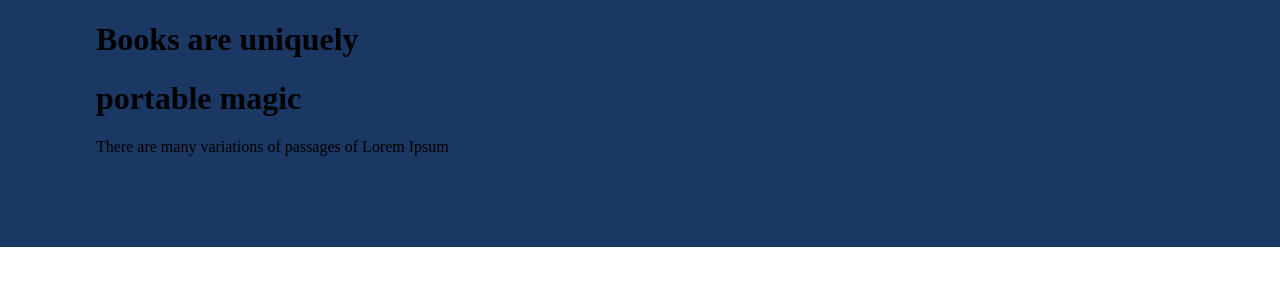
Repository: Godnorg/Class2
Page: index.html
These files come from the project's save history. The page is drawn as it stood at one moment and after the next save; the edit follows.
The browser window is 1280 px wide. The pictures show the whole page.

Above is the page before, as saved 2023-02-13 21:26:51.

### index.html
<!DOCTYPE html>
<html lang="en">
<head>
    <meta charset="UTF-8">
    <meta http-equiv="X-UA-Compatible" content="IE=edge">
    <meta name="viewport" content="width=device-width, initial-scale=1.0">
    <title>Class 2</title>
    <link rel="stylesheet" href="index.css">
</head>
<body>
<div class="page1">
    <div class="allpages">
        <div class="navigation bar">

        </div>
        <div class="middle">
            <div>
                <h1>Books are uniquely</h1>
                <h1>portable magic</h1>
                <p>There are many variations of passages of Lorem Ipsum</p>
            </div>
            <div>

            </div>
        </div>
    </div>
</div>


</body>
</html>

### index.css
body {
    margin: 0;
    padding: 0;
}

.page1 {
    background: #1B3764;
    padding-bottom: 75px;

}

.allpages {
    width: 85%;
    margin: auto;
}

.middle {
    display: grid;
    grid-template-columns: 1fr 1fr;
    column-gap: 35px;
}

After the next save:
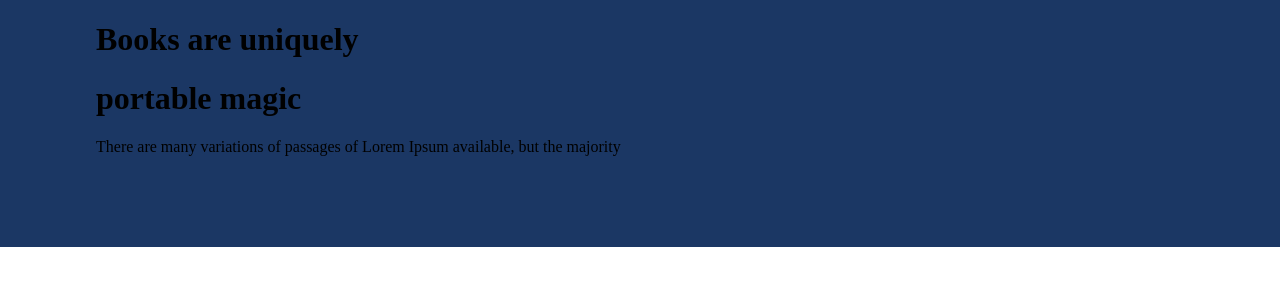
Saved 6 s later.
--- a/index.html
+++ b/index.html
@@ -17,7 +17,7 @@
             <div>
                 <h1>Books are uniquely</h1>
                 <h1>portable magic</h1>
-                <p>There are many variations of passages of Lorem Ipsum</p>
+                <p>There are many variations of passages of Lorem Ipsum available, but the majority </p>
             </div>
             <div>
 
